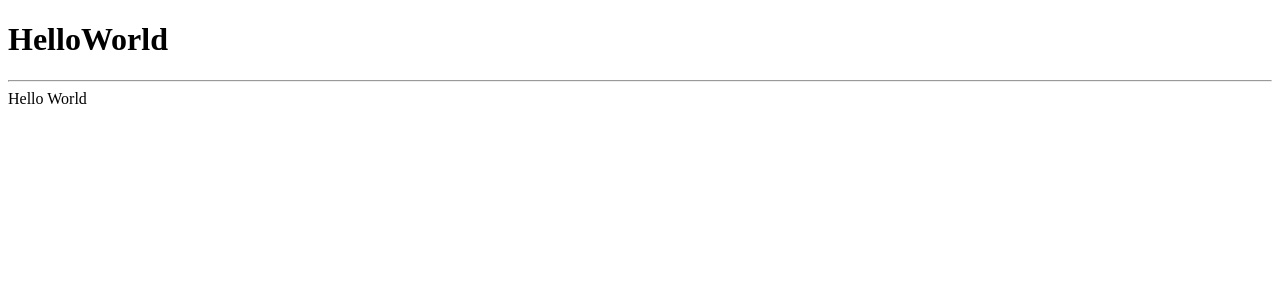
Repository: 13982720426/vue2.0-LearningNotes
Page: example/vue.extend.html
These files come from the project's save history. The page is drawn as it stood at one moment and after the next save; the edit follows.
The browser window is 1280 px wide. The pictures show the whole page.

Above is the page before, as saved 2021-06-24 15:57:47.

After the next save:
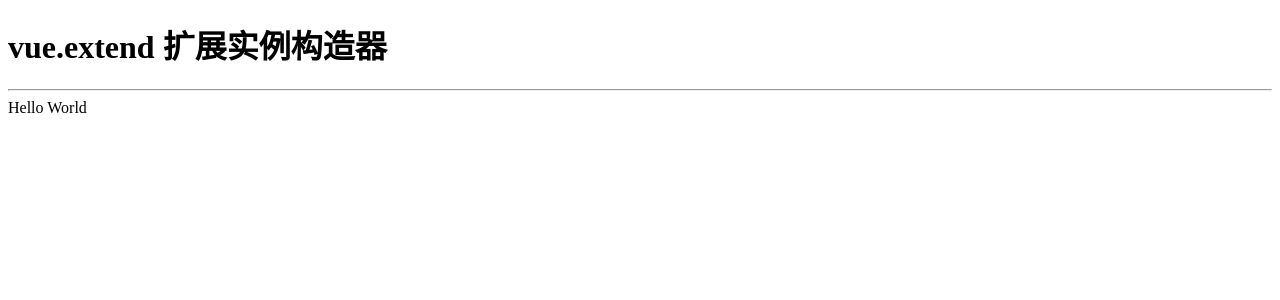
Saved 38 s later.
--- a/example/vue.extend.html
+++ b/example/vue.extend.html
@@ -4,11 +4,11 @@
     <meta charset="UTF-8" />
     <meta http-equiv="X-UA-Compatible" content="IE=edge" />
     <meta name="viewport" content="width=device-width, initial-scale=1.0" />
-    <title>HelloWord</title>
+    <title>vue.extend 扩展实例构造器</title>
     <script type="text/javascript" src="../assets/js/vue.js"></script>
   </head>
   <body>
-    <h1>HelloWorld</h1>
+    <h1>vue.extend 扩展实例构造器</h1>
     <hr />
     <div id="app">{{message}}</div>
     <script type="text/javascript">
